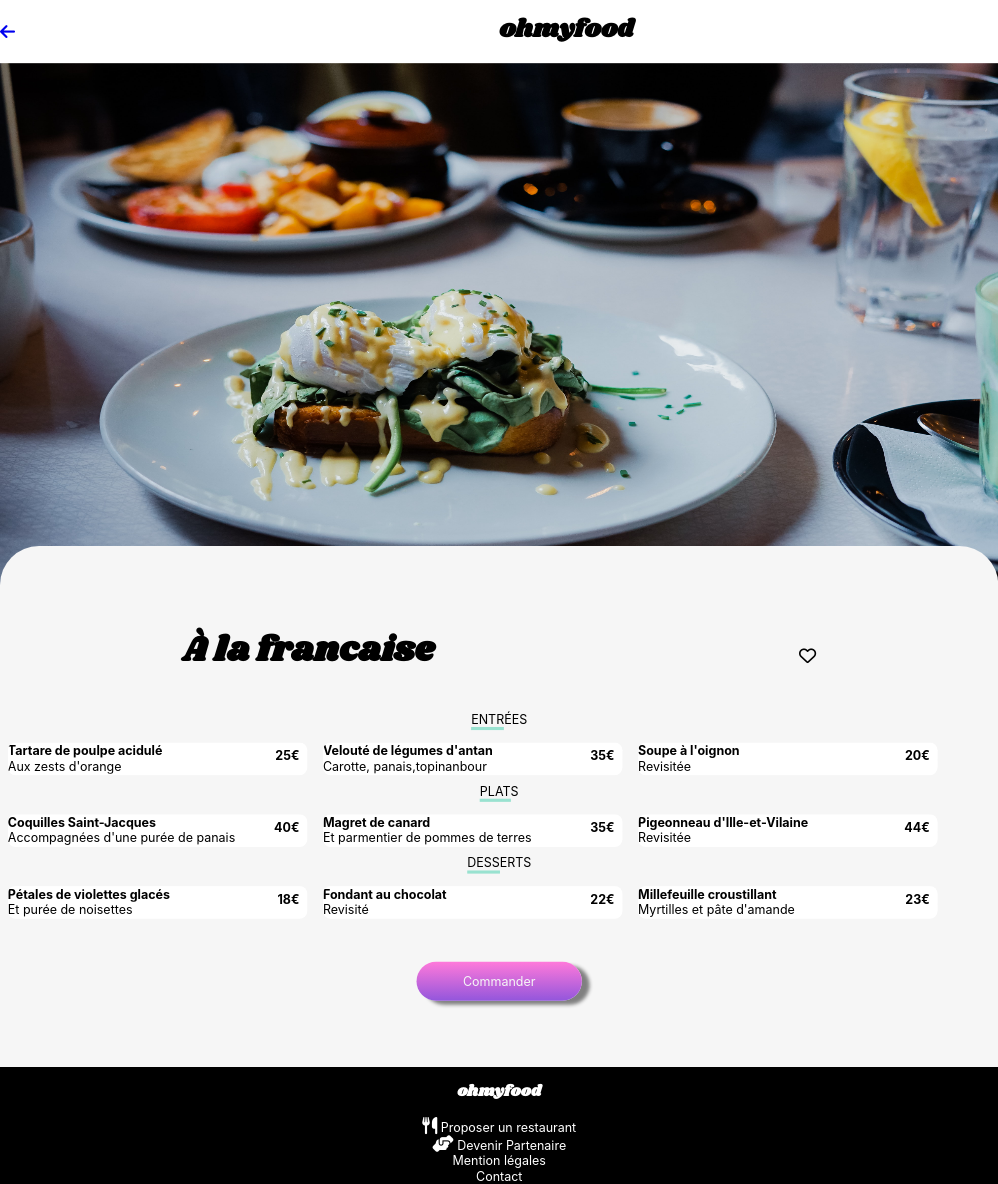
Repository: yacinebouk/ohmyfood
Page: francaise.html
An editor plug-in stored every save of this project. The page is shown before and after the next save, followed by the edit.
The browser window is 1280 px wide. The pictures show the whole page, at 78% of full size.
Some web libraries are served in a nearby version. The style sheet was rebuilt from its Sass, Less or Tailwind sources for each picture, by a compiler version that may differ from the author's.

Above is the page before, as saved 2022-07-07 17:38:43.

### francaise.html
<!DOCTYPE html>
<html lang="fr">

<head>
    <script src="https://kit.fontawesome.com/225bbe1e2d.js" crossorigin="anonymous"></script>
    <meta charset="utf-8" />
    <title>ohmyfood</title>
    <link rel="stylesheet" href="css/francaise.css" />
    <meta name="viewport" content="width=device-width, initial-scale=1">
</head>

<body>
    <main>
        <header>
            <div class="tittle-head">
                <div class="logo-tittle"> <a href="./index.html"><i class="fa-solid fa-arrow-left"></i></a></div>
                <h1 class="tittle">ohmyfood</h1>
            </div>
            <div class="img-restaurant"><img src="./images/restaurants/toa-heftiba-DQKerTsQwi0-unsplash.jpg" style="height:100%;width: 100%" class="logo" alt="francaise"></div>
        </header>
        <section class="food">
            <div class="french-tittle">
                <h2><b>À la francaise</b> </h2>
                <div class="logo-heart"><i class="fa-regular fa-heart gradient"></i></div>
            </div>
            <div class="starter">
                <div class="tittle"><span>ENTR</span>ÉES</div>
                <div class="block">
                    <div class="border">
                        <div class="text">
                            <div class="major"><b>Tartare de poulpe acidulé</b></div>
                            <div class="flavors">Aux zests d'orange</div>
                        </div>
                        <div class="block-price">
                            <div class="price"><b>25€</b></div>
                            <div class="icon-slide"><i class="fa-solid fa-circle-check"></i></div>
                        </div>
                    </div>
                    <div class="border">
                        <div class="text">
                            <div class="major"><b>Velouté de légumes d'antan</b></div>
                            <div class="flavors">Carotte, panais,topinanbour</div>
                        </div>
                        <div class="block-price">
                            <div class="price"><b>35€</b></div>
                            <div class="icon-slide"><i class="fa-solid fa-circle-check"></i></div>
                        </div>
                    </div>
                    <div class="border">
                        <div class="text">
                            <div class="major"><b>Soupe à l'oignon</b></div>
                            <div class="flavors">Revisitée</div>
                        </div>
                        <div class="block-price">
                            <div class="price"><b>20€</b></div>
                            <div class="icon-slide"><i class="fa-solid fa-circle-check"></i></div>
                        </div>
                    </div>
                </div>
            </div>
            </div>
            <div class="dishes">
                <div class="tittle"><span>PLAT</span>S</div>
                <div class="block">
                    <div class="border">
                        <div class="text">
                            <div class="major"><b>Coquilles Saint-Jacques</b></div>
                            <div class="flavors">Accompagnées d'une purée de panais</div>
                        </div>
                        <div class="block-price">
                            <div class="price"><b>40€</b></div>
                            <div class="icon-slide"><i class="fa-solid fa-circle-check"></i></div>
                        </div>
                    </div>
                    <div class="border">
                        <div class="text">
                            <div class="major"><b>Magret de canard</b></div>
                            <div class="flavors">Et parmentier de pommes de terres</div>
                        </div>
                        <div class="block-price">
                            <div class="price"><b>35€</b></div>
                            <div class="icon-slide"><i class="fa-solid fa-circle-check"></i></div>
                        </div>
                    </div>
                    <div class="border">
                        <div class="text">
                            <div class="major"><b>Pigeonneau d'Ille-et-Vilaine</b></div>
                            <div class="flavors">Revisitée</div>
                        </div>
                        <div class="block-price">
                            <div class="price"><b>44€</b></div>
                            <div class="icon-slide"><i class="fa-solid fa-circle-check"></i></div>
                        </div>
                    </div>
                </div>
            </div>
            </div>
            <div class="dessert">
                <div class="tittle"><span>DESS</span>ERTS</div>
                <div class="block">
                    <div class="border">
                        <div class="text">
                            <div class="major"><b>Pétales de violettes glacés</b></div>
                            <div class="flavors">Et purée de noisettes</div>
                        </div>
                        <div class="block-price">
                            <div class="price"><b>18€</b></div>
                            <div class="icon-slide"><i class="fa-solid fa-circle-check"></i></div>
                        </div>
                    </div>
                    <div class="border">
                        <div class="text">
                            <div class="major"><b>Fondant au chocolat</b></div>
                            <div class="flavors">Revisité</div>
                        </div>
                        <div class="block-price">
                            <div class="price"><b>22€</b></div>
                            <div class="icon-slide"><i class="fa-solid fa-circle-check"></i></div>
                        </div>
                    </div>
                    <div class="border">
                        <div class="text">
                            <div class="major"><b>Millefeuille croustillant</b></div>
                            <div class="flavors">Myrtilles et pâte d'amande</div>
                        </div>
                        <div class="block-price">
                            <div class="price"><b>23€</b></div>
                            <div class="icon-slide"><i class="fa-solid fa-circle-check"></i></div>
                        </div>
                    </div>
                </div>
            </div>
            <div class="order">
                <span>Commander</span>
            </div>
        </section>
        <footer>
            <div class="frame-end">
                <h3>ohmyfood</h3>
                <div class="end">
                    <div class="propose"> <i class="fa-solid fa-utensils"></i> Proposer un restaurant</div>
                    <div class="partner"> <i class="fa-solid fa-handshake-angle"></i> Devenir Partenaire</div>
                    <div class="mention">Mention légales</div>
                    <div class="contact">
                        <a href="mailto:lorem@hotmail.com">Contact</a></div>
                </div>
            </div>
        </footer>
    </main>
</body>

### style/francaise.scss
         @font-face {
             font-family: 'Shrikhand';
             src: url('./Shrikhand-Regular.otf');
         }

         html {
             font-family: -apple-system, BlinkMacSystemFont, 'Segoe UI', Roboto, Oxygen, Ubuntu, Cantarell, 'Open Sans', 'Helvetica Neue', sans-serif;
         }

         header {
             height: 700px;
         }

         main {
             font-size: 16px;
         }

         body {
             margin: 0;
         }

         .img-restaurant {
             height: 100%;
             position: relative;
         }

         .tittle-head {
             display: flex;
             flex-direction: row;
         }

         .logo-heart {
             text-align: center;
             padding-top: 47px;
         }

         .logo-tittle {
             padding-top: 30px;
             width: 50%;
         }

         .food {
             padding-top: 30px;
             display: flex;
             flex-direction: column;
             justify-content: center;
             background-color: #f6f6f6;
             position: relative;
             width: 100%;
             border-radius: 50px 50px 0px 0px;
             height: auto;
         }

         .french-tittle {
             font-size: 30px;
             display: flex;
             flex-direction: row;
             justify-content: center;
             padding-top: 43px;
             padding-bottom: 10px;
             justify-content: space-around;
         }

         .french-text {
             padding-right: 30px;
         }

         .tittle {
             text-align: center;
         }

         .tittle span {
             border-bottom: #99E2D0 solid 4px;
         }

         .block {
             padding-top: 10px;
             display: flex;
             flex-direction: row;
         }

         .border {
             overflow: hidden;
             margin: 10px;
             border-radius: 10px;
             background-color: white;
             width: 30%;
             display: flex;
             justify-content: space-between;
             flex-direction: row;
             opacity: 0;
         }

         .border {
             animation: slideUp 1s forwards;
         }

         .border:nth-child(1) {
             animation-delay: .25s;
         }

         .border:nth-child(2) {
             animation-delay: 0.5s;
         }

         .border:nth-child(3) {
             animation-delay: 0.75s;
         }

         @keyframes slideUp {
             0% {
                 transform: translateY(20px);
             }
             100% {
                 transform: translateY(0px);
                 opacity: 1;
             }
         }

         .price {
             align-items: end;
             display: flex;
             padding: 15px 0px;
             padding-top: 7px;
             margin-right: 10px;
             transition-duration: 1000ms;
             & b {
                 overflow: hidden;
                 text-overflow: ellipsis;
                 transition-duration: 1000ms;
             }
         }

         footer {
             position: relative;
             clear: both;
         }

         .order {
             padding-top: 60px;
             text-align: center;
             padding-bottom: 100px;
         }

         .frame-end {
             text-align: center;
             background-color: black;
             color: white;
             display: flex;
             flex-direction: column;
         }

         h3 {
             font-family: 'Shrikhand';
             font-size: 20px;
         }

         h1 {
             font-family: 'Shrikhand';
         }

         h2 {
             font-family: 'Shrikhand';
         }

         .order span {
             box-shadow: grey 10px 5px 5px;
             background: linear-gradient(#FF79DA, #9356DC);
             border-radius: 50px 50px;
             padding: 15px 60px 15px 60px;
             color: #f6f6f6;
         }

         .border:hover .icon-slide {
             width: 40px;
         }

         .border:hover .icon-slide>i {
             transform: rotate(360deg);
         }

         .border:after .icon-slide {
             width: 10px;
         }

         .flavors {
             white-space: nowrap;
             overflow: hidden;
             text-overflow: ellipsis;
             display: block;
             width: 100%;
         }

         .icon-slide {
             transition: width 0.5s ease;
             width: 0px;
             align-items: center;
             background-color: #99E2D0;
             color: white;
             display: flex;
             justify-content: center;
             align-items: center;
             i {
                 transition: 0.5s;
             }
         }

         .text {
             overflow: hidden;
             text-overflow: ellipsis;
         }

         .flavors {
             overflow: hidden;
             text-overflow: ellipsis;
         }

         .major b {
             overflow: hidden;
             text-overflow: ellipsis;
             white-space: nowrap;
         }

         .major {
             overflow: hidden;
             text-overflow: ellipsis;
         }

         .block-price {
             display: flex;
             overflow: hidden;
         }

         .contact a {
             text-decoration: none white;
             color: white;
         }

         .heart {
             height: 100%;
             width: 100px;
             margin-bottom: auto;
             min-height: 48px;
             display: flex;
             justify-content: center;
             align-items: center;
             cursor: pointer;
             button {
                 height: 100%;
                 background-color: transparent;
                 background-repeat: no-repeat;
                 display: flex;
                 justify-content: center;
                 align-items: center;
                 cursor: pointer;
                 border: none;
                 cursor: pointer;
                 overflow: hidden;
                 outline: none;
                 &:focus {
                     .heart-solid {
                         animation: 3s colorin;
                         display: flex;
                     }
                     .heart-regular {
                         display: none;
                     }
                 }
             }
         }

         .heart-solid {
             display: none;
             font-weight: 900;
             background-clip: text;
             -webkit-background-clip: text;
             -moz-background-clip: text;
             background-image: linear-gradient(#9356DC, #FF79DA);
             -webkit-text-fill-color: transparent;
         }

         i {
             font-size: 22px;
         }

         @keyframes colorin {
             0% {
                 visibility: hidden;
                 opacity: 0;
             }
             100% {
                 visibility: visible;
                 opacity: 1;
             }
         }

         @media screen and (min-width: 320px) and (max-width: 768px) {
             .starter {
                 display: flex;
                 justify-content: space-between;
                 flex-direction: column;
             }
             header {
                 height: 400px;
             }
             .block {
                 display: flex;
                 justify-content: space-between;
                 flex-direction: column;
             }
             .border {
                 width: auto;
             }
             .french-tittle {
                 justify-content: space-between;
                 margin-left: 15px;
                 padding-top: 0;
             }
             .tittle {
                 text-align: initial;
                 margin-left: 15px;
             }
             h1 {
                 font-size: 24px;
             }
             .logo-heart {
                 padding-top: 13px;
                 margin-right: 20px;
             }
             .logo-tittle {
                 padding-top: 20px;
             }
             .tittle-head {
                 margin: 0;
                 padding: 0;
                 width: 50%;
             }
             .frame-end {
                 text-align: initial;
             }
             h2 {
                 margin-left: 15px;
                 font-size: 30px;
             }
             .end {
                 margin-left: 15px;
             }
             h3 {
                 margin-left: 15px;
             }
         }

After the next save:
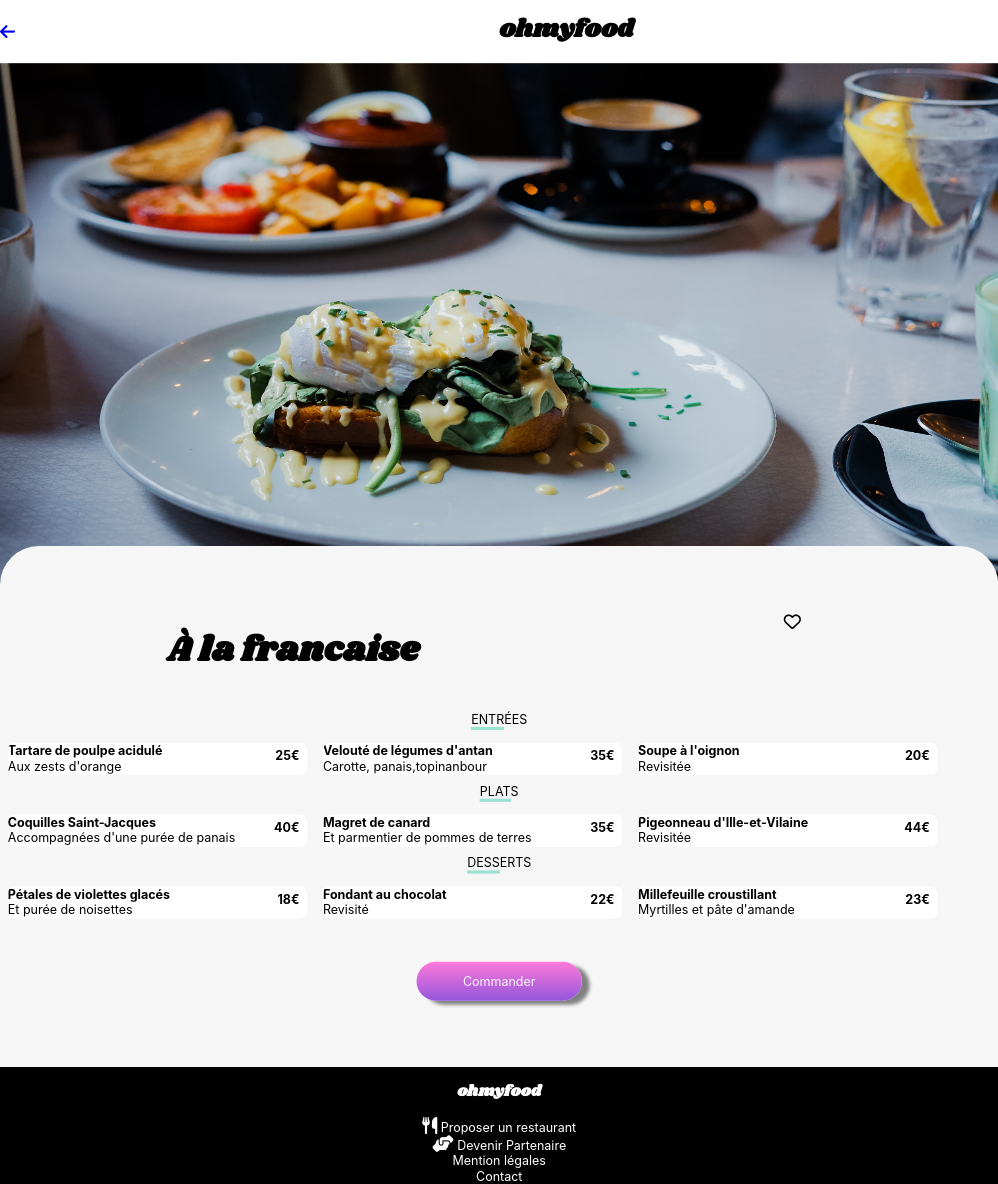
Saved 63 s later.
--- a/francaise.html
+++ b/francaise.html
@@ -21,7 +21,12 @@
         <section class="food">
             <div class="french-tittle">
                 <h2><b>À la francaise</b> </h2>
-                <div class="logo-heart"><i class="fa-regular fa-heart gradient"></i></div>
+                <div class="heart">
+                    <button>
+                    <span class="heart-regular"><i class="fa-regular fa-heart"></i></span>
+                    <span class="heart-solid"><i class="fa-solid fa-heart"></i></span>
+                    </button>
+                </div>
             </div>
             <div class="starter">
                 <div class="tittle"><span>ENTR</span>ÉES</div>
